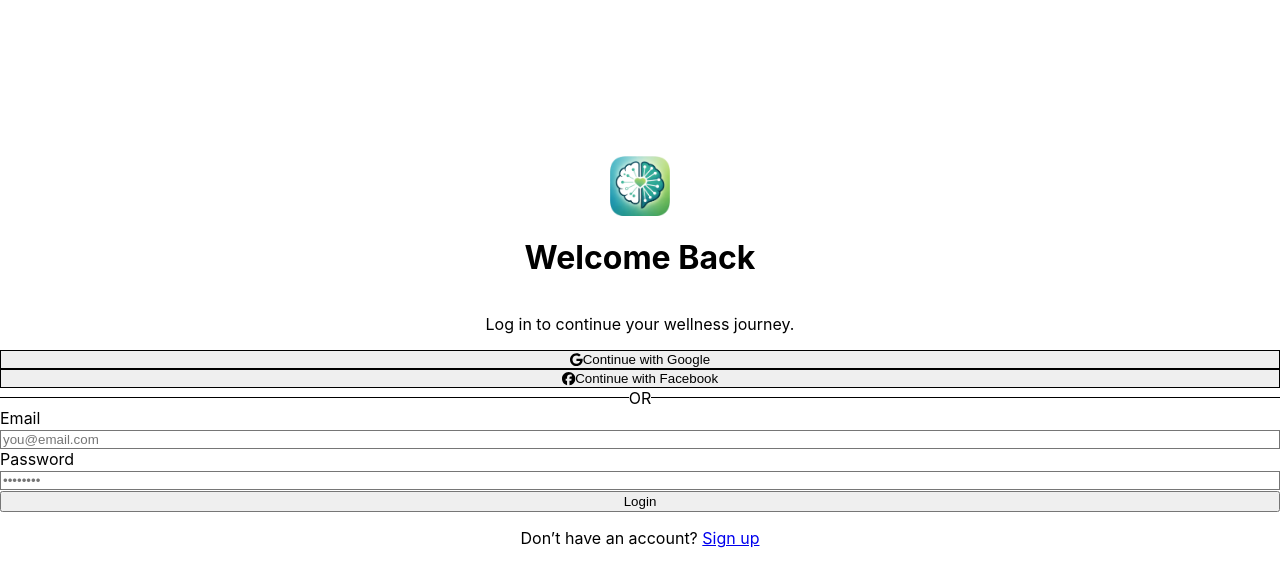
Repository: PhantomMiles/therabuddy
Page: /login
These files come from the project's save history. The page is drawn as it stood at one moment and after the next save; the edit follows.
The browser window is 1280 px wide. The pictures show the whole page.
The project was rebuilt for these pictures with package versions that can differ from the ones it lists, and the page was loaded fresh each time. The framework's server and built-in components were replaced by stand-ins that run in the browser. Also part of the build but not shown: next.config.ts.

Above is the page before, as saved 2026-03-08 20:15:50.

### src/app/layout.tsx
import type { Metadata } from "next";
import { Geist, Geist_Mono } from "next/font/google";
import "./globals.css";

// fontawesome setup (prevent auto CSS insertion)
import { config } from '@fortawesome/fontawesome-svg-core';
import '@fortawesome/fontawesome-svg-core/styles.css';
config.autoAddCss = false;

const geistSans = Geist({
  variable: "--font-geist-sans",
  subsets: ["latin"],
});

const geistMono = Geist_Mono({
  variable: "--font-geist-mono",
  subsets: ["latin"],
});

export const metadata = {
 title: "Therabuddy",
 description: "AI-powered mental health diagnostic assistant",
 icons: {
  icon: "/therabuddy.png",
 },
}

export default function RootLayout({
  children,
}: {
  children: React.ReactNode
}) {
  return (
    <html lang="en" suppressHydrationWarning>
      <body
        className={`${geistSans.variable} ${geistMono.variable} antialiased`}
      >
        {children}
      </body>
    </html>
  )
}

### src/app/login/page.tsx
"use client";

import { useState } from "react";
import Link from "next/link";
import Image from "next/image";

import { FontAwesomeIcon } from "@fortawesome/react-fontawesome";
import { faGoogle, faFacebook } from "@fortawesome/free-brands-svg-icons";

export default function LoginPage() {
  const [email, setEmail] = useState("");
  const [password, setPassword] = useState("");

  const handleSubmit = (e: React.FormEvent) => {
    e.preventDefault();
    console.log({ email, password });
  };

  return (
    <main className="flex min-h-screen items-center justify-center bg-gray-50 dark:bg-black p-6">

      <div className="w-full max-w-md rounded-2xl bg-white dark:bg-neutral-900 shadow-xl p-8 space-y-6">

        <div className="flex flex-col items-center space-y-3">
          <Image src="/therabuddy.png" alt="Therabuddy" width={60} height={60} />
          <h1 className="text-2xl font-bold">Welcome Back</h1>
          <p className="text-sm text-gray-500 text-center">
            Log in to continue your wellness journey.
          </p>
        </div>

        {/* SOCIAL LOGIN */}

        <div className="space-y-3">

          <button className="flex items-center justify-center gap-3 w-full border rounded-lg py-3 hover:bg-gray-50 dark:hover:bg-neutral-800 transition">
            <FontAwesomeIcon icon={faGoogle} className="text-red-500" />
            Continue with Google
          </button>

          <button className="flex items-center justify-center gap-3 w-full border rounded-lg py-3 hover:bg-gray-50 dark:hover:bg-neutral-800 transition">
            <FontAwesomeIcon icon={faFacebook} className="text-blue-600" />
            Continue with Facebook
          </button>

        </div>

        <div className="flex items-center gap-3 text-gray-400 text-sm">
          <div className="flex-1 border-t"></div>
          OR
          <div className="flex-1 border-t"></div>
        </div>

        {/* EMAIL LOGIN FORM */}

        <form onSubmit={handleSubmit} className="space-y-4">

          <div>
            <label className="text-sm font-medium">Email</label>
            <input
              type="email"
              required
              placeholder="you@email.com"
              className="w-full mt-1 rounded-lg border p-3 focus:outline-none focus:ring-2 focus:ring-black dark:bg-neutral-800"
              value={email}
              onChange={(e)=>setEmail(e.target.value)}
            />
          </div>

          <div>
            <label className="text-sm font-medium">Password</label>
            <input
              type="password"
              required
              placeholder="••••••••"
              className="w-full mt-1 rounded-lg border p-3 focus:outline-none focus:ring-2 focus:ring-black dark:bg-neutral-800"
              value={password}
              onChange={(e)=>setPassword(e.target.value)}
            />
          </div>

          <button
            type="submit"
            className="w-full rounded-lg bg-black text-white py-3 font-medium hover:opacity-90 transition"
          >
            Login
          </button>

        </form>

        <p className="text-sm text-center text-gray-500">
          Don’t have an account?{" "}
          <Link href="/signup" className="font-semibold text-black dark:text-white">
            Sign up
          </Link>
        </p>

      </div>
    </main>
  );
}

Loaded but not shown: src/app/globals.css (common file)

After the next save:
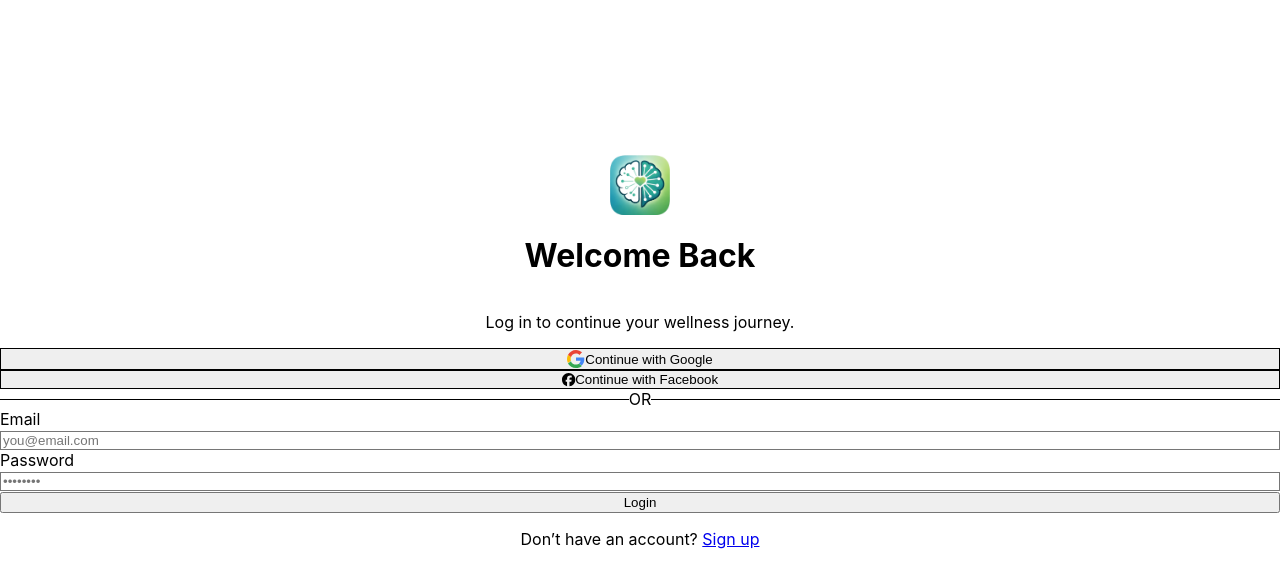
Saved 35 min 39 s later.
--- a/src/app/login/page.tsx
+++ b/src/app/login/page.tsx
@@ -34,9 +34,17 @@
         <div className="space-y-3">
 
           <button className="flex items-center justify-center gap-3 w-full border rounded-lg py-3 hover:bg-gray-50 dark:hover:bg-neutral-800 transition">
-            <FontAwesomeIcon icon={faGoogle} className="text-red-500" />
-            Continue with Google
-          </button>
+
+                      {/* Google Icon */}
+                      <svg width="18" height="18" viewBox="0 0 48 48">
+                        <path fill="#EA4335" d="M24 9.5c3.54 0 6.69 1.22 9.19 3.6l6.85-6.85C35.82 2.46 30.31 0 24 0 14.62 0 6.51 5.38 2.56 13.22l7.98 6.2C12.32 13.21 17.72 9.5 24 9.5z"/>
+                        <path fill="#4285F4" d="M46.1 24.5c0-1.64-.15-3.21-.43-4.73H24v9h12.46c-.54 2.89-2.19 5.33-4.66 6.99l7.18 5.59C43.99 37.05 46.1 31.31 46.1 24.5z"/>
+                        <path fill="#FBBC05" d="M10.54 28.42c-.5-1.49-.79-3.09-.79-4.92s.29-3.43.79-4.92l-7.98-6.2C.92 16.41 0 20.06 0 24c0 3.94.92 7.59 2.56 10.62l7.98-6.2z"/>
+                        <path fill="#34A853" d="M24 48c6.31 0 11.62-2.08 15.49-5.66l-7.18-5.59c-2.01 1.35-4.58 2.15-8.31 2.15-6.28 0-11.68-3.71-13.46-9.17l-7.98 6.2C6.51 42.62 14.62 48 24 48z"/>
+                      </svg>
+
+                      Continue with Google
+                    </button>
 
           <button className="flex items-center justify-center gap-3 w-full border rounded-lg py-3 hover:bg-gray-50 dark:hover:bg-neutral-800 transition">
             <FontAwesomeIcon icon={faFacebook} className="text-blue-600" />
